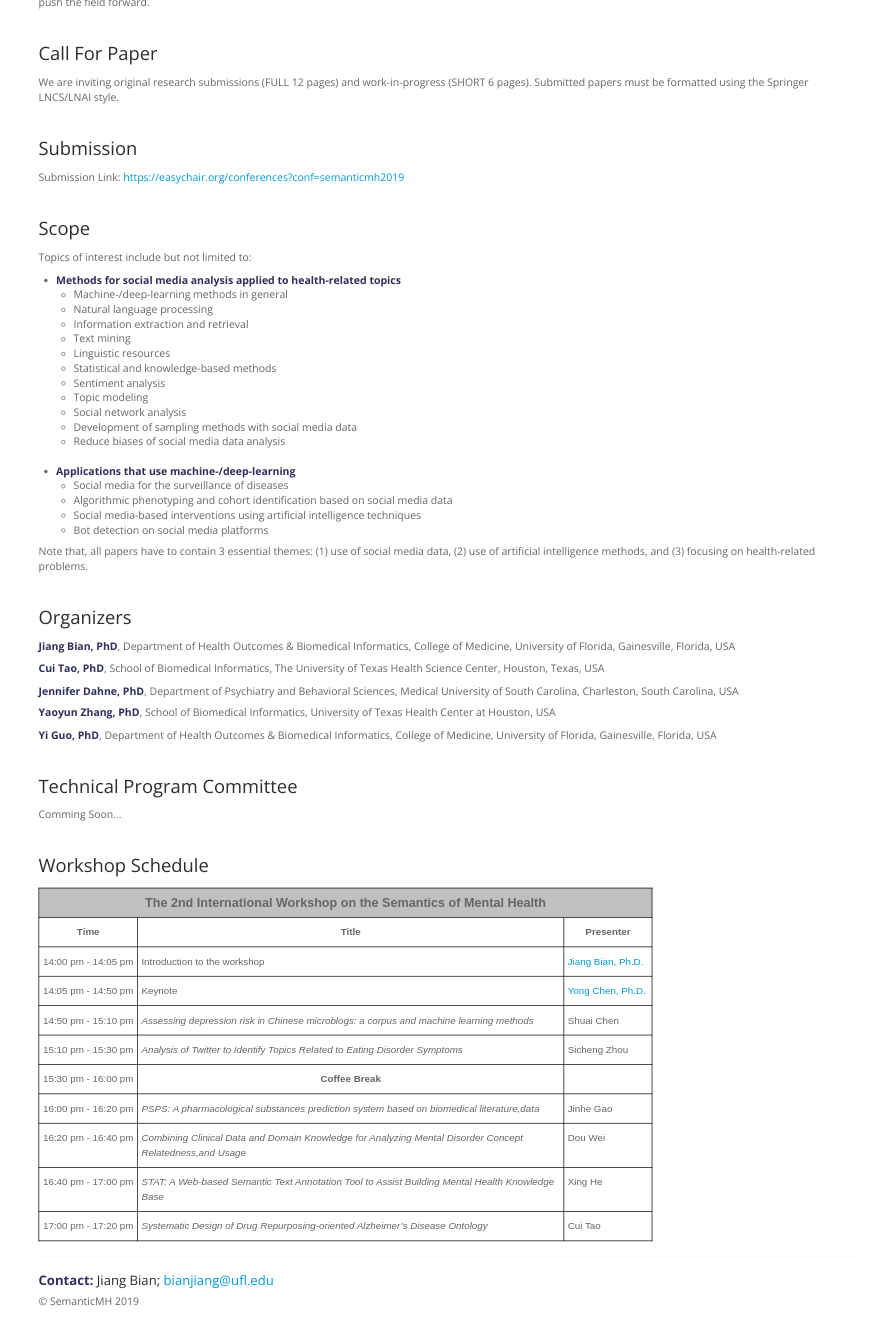
Repository: bianjiang/semantics-powered.org
Page: ISSWHR-2020/index.html
An editor plug-in stored every save of this project. The page is shown before and after the next save, followed by the edit.
The browser window is 1280 px wide. The pictures show the part of the page from y = 713 to 2633 px (the page is 2633 px tall before and 2045 px after), at 70% of full size.
Some web libraries are served in a nearby version.

Above is the page before, as saved 2019-10-26 17:03:04.
Console error (its wording comes from the project's code and is left out).

### ISSWHR-2020/index.html
<!DOCTYPE html>
<!--[if lt IE 7]>      <html class="no-js lt-ie9 lt-ie8 lt-ie7"> <![endif]-->
<!--[if IE 7]>         <html class="no-js lt-ie9 lt-ie8"> <![endif]-->
<!--[if IE 8]>         <html class="no-js lt-ie9"> <![endif]-->
<!--[if gt IE 8]><!-->
<html class="no-js">
<!--<![endif]-->

<head>
  <meta charset="utf-8">
  <meta http-equiv="X-UA-Compatible" content="IE=edge,chrome=1">
  <title></title>
  <meta name="description" content="">
  <meta name="viewport" content="width=device-width">

  <link rel="stylesheet" href="css/bootstrap.min.css">
  <style>
    body {
      padding-top: 60px;
      padding-bottom: 40px;
    }
  </style>
  <link rel="stylesheet" href="css/bootstrap-responsive.min.css">
  <link rel="stylesheet" href="css/main.css">

  <script src="js/vendor/modernizr-2.6.2-respond-1.1.0.min.js"></script>
</head>

<body class="preview" id="top" data-spy="scroll" data-target=".subnav" data-offset="80">
  <!--[if lt IE 7]>
            <p class="chromeframe">You are using an <strong>outdated</strong> browser. Please <a href="http://browsehappy.com/">upgrade your browser</a> or <a href="http://www.google.com/chromeframe/?redirect=true">activate Google Chrome Frame</a> to improve your experience.</p>
        <![endif]-->

  <!-- This code is taken from http://twitter.github.com/bootstrap/examples/hero.html -->

  <div class="navbar navbar-fixed-top">
    <div class="navbar-inner">
      <div class="container">

        <a class="btn btn-navbar" data-toggle="collapse" data-target=".nav-collapse">
                        <span class="icon-bar"></span>
                        <span class="icon-bar"></span>
                        <span class="icon-bar"></span>
                    </a>
        <a class="brand" href="#">&nbsp;</a>
        <div class="nav-collapse collapse">
          <ul class="nav">
            <li class="active"><a href="#">Home</a></li>
            <!--
                            <li><a href="#aboutxx">About</a></li>
                            <li><a href="#contact">Contact</a></li>
                            -->
          </ul>
        </div>

      </div>

    </div>
  </div>

  <div class="container">

    <!-- Main hero unit for a primary marketing message or call to action -->
    <!--
            <div class="hero-unit">
                <h1>Hello, world!</h1>
                <p>This is a template for a simple marketing or informational website. It includes a large callout called the hero unit and three supporting pieces of content. Use it as a starting point to create something more unique.</p>
                <p><a class="btn btn-primary btn-large">Learn more &raquo;</a></p>
            </div>
            -->
    <!-- Masthead
================================================== -->
    <header class="jumbotron subhead" id="overview">
      <div class="row">
        <div class="span12">
          <br/>
          <h2>Intelligent Systems in Social Web and Health Research 2020 (ISSWHR 2020)</h2>
          <p>In conjunction with the <a href="https://jsasaki3.wixsite.com/ieaaie2020" target="_blank">The 33th International Conference on Industrial, Engineering & Other Applications of Applied Intelligent Systems</a> (IEA/AIE 2020)</p>
          <p>To be held in Kitakyushu, Japan</p>
          <p>July 21-24, 2020</p>
        </div>
        <div class="span6">
          <!--
      <div class="bsa well">
          <div id="bsap_1277971" class="bsarocks bsap_c466df00a3cd5ee8568b5c4983b6bb19"></div>
      </div>
    -->
        </div>
      </div>
      <div class="subnav">
        <ul class="nav nav-pills">
          <li><a href="#history">History</a></li>
          <li><a href="#overview">Overview</a></li>
          <!-- <li><a href="#audience">Audience</a></li> -->
          <li><a href="#callforpaper">Call For Paper</a></li>
          <li><a href="#submissions">Submission</a></li>
          <!-- <li><a href="#rational">Rational</a></li>
          <li><a href="#workshopstructure">Workshop Structure</a></li> -->
          <!-- <li><a href="#publicity">Publicity</a></li> -->
          <li><a href="#scope">Scope</a></li>
          <li><a href="#organizers">Organizers</a></li>
          <li><a href="#techprogcom">Technical Program Committee</a></li>
        </ul>
      </div>
    </header>

    <!-- <section id="History">
      <div class="row">
        <div class="span12">
          <h3>History</h3>
          <p>The 1st International Workshop on the Semantics of Mental Health (SemanticMH 2018) was successfully organized and hosted in conjunction with the sixth IEEE International Conference on Healthcare Informatics (ICHI 2018) on June 7th, 2018 in New York City, NY, USA.  Overall, we received 7 high quality submissions and we accepted 6 of them.  The accepted papers were published in the IEEE ICHI 2018 workshop proceedings; and we invited the authors of these 6 accepted papers to submit an extended journal version to a special issue (“Special Issue: Semantics of Mental Health”) in the Health Informatics Journal (IF 3.021).
           All authors presented their work in ICHI 2018; and we have invited two keynote speakers (i.e., Drs. Jessie Tenenbaum and Piper Ranallo) from the Mental Health Informatics Working Group (WG) of the American Medical Informatics Association (AMIA) to present a report from the WG titled, “Mental Health Informatics and Knowledge Representation.”  Overall, SemanticsMH 2018 was highly successful and facilitated the exchange of scholar ideas from a group of interdisciplinary researches.
        </p>
        </div>
      </div>
    </section> -->

    <section id="overview">
      <div class="row">
        <div class="span12">
          <h3>Overview</h3>
          <p>Many health behaviors and decisions, despite being an individual choice, are often influenced by social and cultural context.  As people's activities and communication on the Web increase, information about their social activities and interactions become more available.  User-generated contents on the social web including Twitter, Facebook, Instagram, web sites, and blogs, as well as the future semantic web, afford us enormous opportunity for health-related research.  Today’s researchers are mining these big datasets for patterns and trends that can lead to new hypotheses, new discoveries, and new interventions.  How can you tap into the wealth of social web data to understand the intersections of individual behaviors, social-environmental factors, and social interactions to answer scientific questions?  How can you leverage the new communication landscape (Internet penetration, online communities, social media, and wikis) to design health interventions and improve measurement of outcomes (e.g., clinical trial recruitment, risk perception, decision making, and attitudes)?

            Nevertheless, there are also numerous challenges in using social web data for health-related research.  For example, social web users are different from the general population.  Twitter users are younger than the general population.  Thus, the representativeness of social media populations should be carefully considered when interpreting study findings.  The presence of bots and fake accounts may also distort the representativeness of our findings.  Further, the way how social media data are collected may lead to variations in the sampling units in social media studies, which may lead to data selection bias.  An adequate understanding of the inherent limitations in social media data is always important.

            Many social media and health related studies leverage state-of-the-art machine-/deep-learning methods and tools.  For example, sentiment analysis and topic modeling approaches are widely used in social media studies to tease out public’s perception and attitudes towards specific health topics.  Nerveless, novel intelligent systems are needed to push the field forward.
            </p>
        </div>
      </div>
    </section>

    <!-- <section id="audience">
      <div class="row">
        <div class="span12">
          <h3>Audience</h3>
          <p>The goal of this workshop is to bring experts in the field of natural language processing, knowledge representation, knowledge management, and health data analytics to discuss innovative analytical methods, applications, and tools to address problems in mental health.
        </p>
        </div>
      </div>
    </section> -->

    <section id="callforpaper">
      <div class="row">
        <div class="span12">
          <h3>Call For Paper</h3>
          <p>We are inviting original research submissions (FULL 12 pages) and work-in-progress (SHORT 6 pages).  Submitted papers must be formatted using the Springer LNCS/LNAI style.</p>
        </div>
      </div>
    </section>

    <section id="submissions">
      <div class="row">
        <div class="span12">
          <h3>Submission</h3>
          <p>Submission Link: <a href="https://easychair.org/conferences?conf=semanticmh2019" target="_blank">https://easychair.org/conferences?conf=semanticmh2019</a></p>
        </div>
      </div>
    </section>
    <!-- <section id="rational">
      <div class="row">
        <div class="span12">
          <h3>Rational</h3>
          <p>Our proposed workshop aims to provide an international platform for the researchers and scientists in the mental health communities to demonstrate research progresses, share ideas, address questions, and promote collaborations for better representation and analysis of mental health-related terminologies and clinical and research data.
        </p>
        </div>
      </div>
    </section> -->

    <!-- <section id="workshopstructure">
      <div class="row">
        <div class="span12">
          <h3>Workshop Structure</h3>
          <p>We propose a half-day SemanticMH workshop for this year. We will arrange 3 hours for paper presentations and 1 hour for extensive discussions. Different sessions will be arranged based on the topics of presentations. Depending on the number of papers accepted for presentation, each paper presentation will be restricted to 10-25 minutes for a full-length paper, and 5-15 minutes for a short-length paper. All the papers will be submitted and handled through EasyChair and go through peer reviews by at least two reviewers. After the full papers are accepted, we will work with the Health Informatics editors and reviewers to decide which papers will be formally invited for extension to be included in a thematic series in the Health Informatics journal.
        </p>
        </div>
      </div>
    </section>


    <section id="publicity">
      <div class="row">
        <div class="span12">
          <h3>Publicity</h3>
          <p>Various methods will be used for advertisement, including: (i) posting in email mailing lists and through private emails; (ii) creating a workshop discussion email list address and using it for sharing news and posting, (iii) posting in influential websites, (iv) phone calls to colleagues and friends who may be interested, (v) generating a workshop website dedicated to this event, and inviting potential attendees to visit, and (vi) generating a social networking website in LinkedIn to attract public attention, participation, and discussion. The main difference between the workshop website and the LinkedIn website will be that the workshop website is dedicated for posting the workshop information, and the LinkedIn website is used for social networking.
        </p>
        </div>
      </div>
    </section> -->

    <section id="scope">

      <div class="row">
        <div class="span12">
          <h3>Scope</h3>
          <p>Topics of interest include but not limited to:</p>
          <ul>
            <li>
              <b>Methods for social media analysis applied to health-related topics</b>
              <ul>
                <li>Machine-/deep-learning methods in general</li>
                <li>Natural language processing</li>
                <li>Information extraction and retrieval</li>
                <li>Text mining</li>
                <li>Linguistic resources</li>
                <li>Statistical and knowledge-based methods</li>
                <li>Sentiment analysis</li>
                <li>Topic modeling</li>
                <li>Social network analysis</li>
                <li>Development of sampling methods with social media data</li>
                <li>Reduce biases of social media data analysis</li>
              </ul>
            </li>
            <br>
            <li>
              <b>Applications that use machine-/deep-learning</b>
              <ul>
                <li>Social media for the surveillance of diseases</li>
                <li>Algorithmic phenotyping and cohort identification based on social media data</li>
                <li>Social media-based interventions using artificial intelligence techniques</li>
                <li>Bot detection on social media platforms</li>
              </ul>
            </li>
          </ul>
          <p>Note that, all papers have to contain 3 essential themes: (1) use of social media data, (2) use of artificial intelligence methods, and (3) focusing on health-related problems.</p>
        </div>
      </div>
    </section>

    <section id="organizers">
      <div class="row">
        <div class="span12">
          <h3>Organizers</h3>
          <p><b>Jiang Bian, PhD</b>, Department of Health Outcomes & Biomedical Informatics, College of Medicine, University of Florida, Gainesville, Florida, USA</p>
          <p><b>Cui Tao, PhD</b>, School of Biomedical Informatics, The University of Texas Health Science Center, Houston, Texas, USA</p>
          <p><b>Jennifer Dahne, PhD</b>, Department of Psychiatry and Behavioral Sciences, Medical University of South Carolina, Charleston, South Carolina, USA</p>
          <p><b>Yaoyun Zhang, PhD</b>, School of Biomedical Informatics, University of Texas Health Center at Houston, USA</p></p>
          <p><b>Yi Guo, PhD</b>, Department of Health Outcomes & Biomedical Informatics, College of Medicine, University of Florida, Gainesville, Florida, USA</p></p>
        </div>
      </div>
    </section>

    <section id="techprogcom">
      <div class="row">
        <div class="span12">
          <h3>Technical Program Committee</h3>
          <p>Comming Soon...</p>
        </div>
      </div>
    </section>

    <section id="schedule">
      <div class="row">
        <div class="span12">
          <h3>Workshop Schedule</h3>
          <div>
            <style type="text/css">
              .tg  {border-collapse:collapse;border-spacing:0;}
              .tg td{font-family:Arial, sans-serif;font-size:14px;padding:10px 5px;border-style:solid;border-width:1px;overflow:hidden;word-break:normal;border-color:black;}
              .tg th{font-family:Arial, sans-serif;font-size:14px;font-weight:normal;padding:10px 5px;border-style:solid;border-width:1px;overflow:hidden;word-break:normal;border-color:black;}
              .tg .tg-s6z2{text-align:center}
              .tg .tg-baqh{text-align:center;vertical-align:top}
              .tg .tg-j8xs{font-weight:bold;font-size:18px;background-color:#c0c0c0;text-align:center;vertical-align:top}
              .tg .tg-hgcj{font-weight:bold;text-align:center}
              .tg .tg-amwm{font-weight:bold;text-align:center;vertical-align:top}
              .tg .tg-s268{text-align:left}
              .tg .tg-0lax{text-align:left;vertical-align:top}
              .tg .tg-8zwo{font-style:italic;text-align:left;vertical-align:top}
              </style>
              <table class="tg" style="undefined;table-layout:fixed;width:876px;">
              <colgroup>
              <col style="width: 141px">
              <col style="width: 609px">
              <col style="width: 126px">
              </colgroup>
                <tr>
                  <th class="tg-j8xs" colspan="3">The 2nd International Workshop on the Semantics of Mental Health</th>
                </tr>
                <tr>
                  <td class="tg-hgcj">Time</td>
                  <td class="tg-hgcj">Title</td>
                  <td class="tg-amwm">Presenter</td>
                </tr>
                <tr>
                  <td class="tg-s6z2">14:00 pm - 14:05 pm</td>
                  <td class="tg-s268">Introduction to the workshop</td>
                  <td class="tg-0lax"><a target="_blank" href="https://hobi.med.ufl.edu/about/faculty-directory-2/bian-jiang/">Jiang Bian, Ph.D.</a></td>
                </tr>
                <tr>
                  <td class="tg-s6z2">14:05 pm - 14:50 pm</td>
                  <td class="tg-s268">Keynote</td>
                  <td class="tg-0lax"><a target="_blank" href="https://dbe.med.upenn.edu/biostat-research/YongChen">Yong Chen, Ph.D.</a></td>
                </tr>
                <tr>
                  <td class="tg-baqh">14:50 pm - 15:10 pm</td>
                  <td class="tg-8zwo">Assessing depression risk in Chinese microblogs: a corpus and machine learning methods</td>
                  <td class="tg-0lax">Shuai Chen</td>
                </tr>
                <tr>
                  <td class="tg-baqh">15:10 pm - 15:30 pm</td>
                  <td class="tg-8zwo">Analysis of Twitter to Identify Topics Related to Eating Disorder Symptoms</td>
                  <td class="tg-0lax">Sicheng Zhou</td>
                </tr>
                <tr>
                  <td class="tg-baqh">15:30 pm - 16:00 pm</td>
                  <td class="tg-amwm">Coffee Break</td>
                  <td class="tg-0lax"></td>
                </tr>
                <tr>
                  <td class="tg-baqh">16:00 pm - 16:20 pm</td>
                  <td class="tg-8zwo">PSPS: A pharmacological substances prediction system based on biomedical literature,data</td>
                  <td class="tg-0lax">Jinhe Gao</td>
                </tr>
                <tr>
                  <td class="tg-baqh">16:20 pm - 16:40 pm</td>
                  <td class="tg-8zwo">Combining Clinical Data and Domain Knowledge for Analyzing Mental Disorder Concept Relatedness,and Usage</td>
                  <td class="tg-0lax">Dou Wei</td>
                </tr>
                <tr>
                  <td class="tg-baqh">16:40 pm - 17:00 pm</td>
                  <td class="tg-8zwo">STAT: A Web-based Semantic Text Annotation Tool to Assist Building Mental Health Knowledge Base</td>
                  <td class="tg-0lax">Xing He</td>
                </tr>
                <tr>
                  <td class="tg-baqh">17:00 pm - 17:20 pm</td>
                  <td class="tg-8zwo">Systematic Design of Drug Repurposing-oriented Alzheimer’s Disease Ontology</td>
                  <td class="tg-0lax">Cui Tao</td>
                </tr>
              </table>
          </div>
        </div>
      </div>
    </section>
    <hr>
    <h4><b>Contact:</b> Jiang Bian; <a href="mailto:bianjiang@ufl.edu">bianjiang@ufl.edu</a></h4>
    <footer>
      <p>&copy; SemanticMH 2019</p>
    </footer>

  </div>
  <!-- /container -->

  <script src="//ajax.googleapis.com/ajax/libs/jquery/1.9.1/jquery.min.js"></script>
  <script>
    window.jQuery || document.write('<script src="js/vendor/jquery-1.9.1.min.js"><\/script>')
  </script>

  <script src="js/vendor/bootstrap.min.js"></script>

  <script src="js/plugins.js"></script>
  <script src="js/main.js"></script>
  <script>
      (function (i, s, o, g, r, a, m) {
i['GoogleAnalyticsObject'] = r; i[r] = i[r] || function () {
        (i[r].q = i[r].q || []).push(arguments)
      }, i[r].l = 1 * new Date(); a = s.createElement(o),
        m = s.getElementsByTagName(o)[0]; a.async = 1; a.src = g; m.parentNode.insertBefore(a, m)
      })(window, document, 'script', 'https://www.google-analytics.com/analytics.js', 'ga');

    ga('create', 'UA-50982144-4', 'auto');
    ga('send', 'pageview');
  </script>
</body>

</html>

Loaded but not shown: ISSWHR-2020/css/bootstrap.min.css (library); ISSWHR-2020/css/bootstrap-responsive.min.css (library); ISSWHR-2020/js/vendor/modernizr-2.6.2-respond-1.1.0.min.js (library); ISSWHR-2020/js/vendor/bootstrap.min.js (library); ISSWHR-2020/js/main.js (95 lines, source omitted); ISSWHR-2020/js/plugins.js (24 lines, source omitted); ISSWHR-2020/css/main.css (463 lines, source omitted)

After the next save:
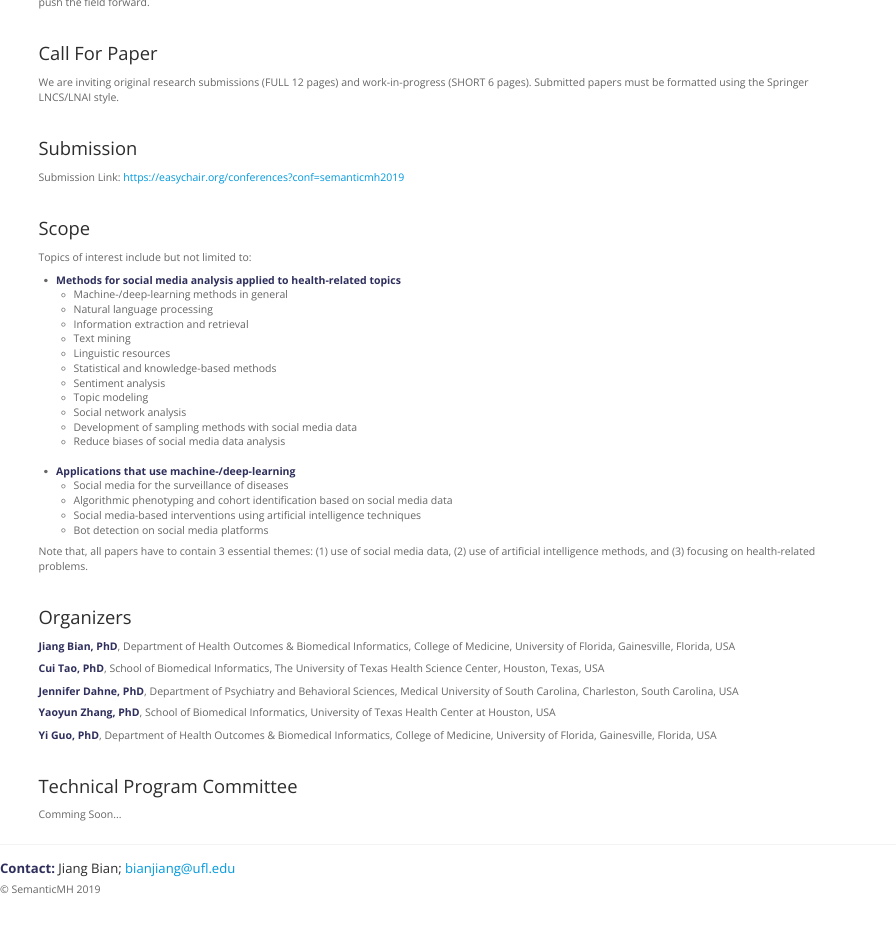
Saved 28 s later.
--- a/ISSWHR-2020/index.html
+++ b/ISSWHR-2020/index.html
@@ -248,84 +248,7 @@
       </div>
     </section>
 
-    <section id="schedule">
-      <div class="row">
-        <div class="span12">
-          <h3>Workshop Schedule</h3>
-          <div>
-            <style type="text/css">
-              .tg  {border-collapse:collapse;border-spacing:0;}
-              .tg td{font-family:Arial, sans-serif;font-size:14px;padding:10px 5px;border-style:solid;border-width:1px;overflow:hidden;word-break:normal;border-color:black;}
-              .tg th{font-family:Arial, sans-serif;font-size:14px;font-weight:normal;padding:10px 5px;border-style:solid;border-width:1px;overflow:hidden;word-break:normal;border-color:black;}
-              .tg .tg-s6z2{text-align:center}
-              .tg .tg-baqh{text-align:center;vertical-align:top}
-              .tg .tg-j8xs{font-weight:bold;font-size:18px;background-color:#c0c0c0;text-align:center;vertical-align:top}
-              .tg .tg-hgcj{font-weight:bold;text-align:center}
-              .tg .tg-amwm{font-weight:bold;text-align:center;vertical-align:top}
-              .tg .tg-s268{text-align:left}
-              .tg .tg-0lax{text-align:left;vertical-align:top}
-              .tg .tg-8zwo{font-style:italic;text-align:left;vertical-align:top}
-              </style>
-              <table class="tg" style="undefined;table-layout:fixed;width:876px;">
-              <colgroup>
-              <col style="width: 141px">
-              <col style="width: 609px">
-              <col style="width: 126px">
-              </colgroup>
-                <tr>
-                  <th class="tg-j8xs" colspan="3">The 2nd International Workshop on the Semantics of Mental Health</th>
-                </tr>
-                <tr>
-                  <td class="tg-hgcj">Time</td>
-                  <td class="tg-hgcj">Title</td>
-                  <td class="tg-amwm">Presenter</td>
-                </tr>
-                <tr>
-                  <td class="tg-s6z2">14:00 pm - 14:05 pm</td>
-                  <td class="tg-s268">Introduction to the workshop</td>
-                  <td class="tg-0lax"><a target="_blank" href="https://hobi.med.ufl.edu/about/faculty-directory-2/bian-jiang/">Jiang Bian, Ph.D.</a></td>
-                </tr>
-                <tr>
-                  <td class="tg-s6z2">14:05 pm - 14:50 pm</td>
-                  <td class="tg-s268">Keynote</td>
-                  <td class="tg-0lax"><a target="_blank" href="https://dbe.med.upenn.edu/biostat-research/YongChen">Yong Chen, Ph.D.</a></td>
-                </tr>
-                <tr>
-                  <td class="tg-baqh">14:50 pm - 15:10 pm</td>
-                  <td class="tg-8zwo">Assessing depression risk in Chinese microblogs: a corpus and machine learning methods</td>
-                  <td class="tg-0lax">Shuai Chen</td>
-                </tr>
-                <tr>
-                  <td class="tg-baqh">15:10 pm - 15:30 pm</td>
-                  <td class="tg-8zwo">Analysis of Twitter to Identify Topics Related to Eating Disorder Symptoms</td>
-                  <td class="tg-0lax">Sicheng Zhou</td>
-                </tr>
-                <tr>
-                  <td class="tg-baqh">15:30 pm - 16:00 pm</td>
-                  <td class="tg-amwm">Coffee Break</td>
-                  <td class="tg-0lax"></td>
-                </tr>
-                <tr>
-                  <td class="tg-baqh">16:00 pm - 16:20 pm</td>
-                  <td class="tg-8zwo">PSPS: A pharmacological substances prediction system based on biomedical literature,data</td>
-                  <td class="tg-0lax">Jinhe Gao</td>
-                </tr>
-                <tr>
-                  <td class="tg-baqh">16:20 pm - 16:40 pm</td>
-                  <td class="tg-8zwo">Combining Clinical Data and Domain Knowledge for Analyzing Mental Disorder Concept Relatedness,and Usage</td>
-                  <td class="tg-0lax">Dou Wei</td>
-                </tr>
-                <tr>
-                  <td class="tg-baqh">16:40 pm - 17:00 pm</td>
-                  <td class="tg-8zwo">STAT: A Web-based Semantic Text Annotation Tool to Assist Building Mental Health Knowledge Base</td>
-                  <td class="tg-0lax">Xing He</td>
-                </tr>
-                <tr>
-                  <td class="tg-baqh">17:00 pm - 17:20 pm</td>
-                  <td class="tg-8zwo">Systematic Design of Drug Repurposing-oriented Alzheimer’s Disease Ontology</td>
-                  <td class="tg-0lax">Cui Tao</td>
-                </tr>
-              </table>
+
           </div>
         </div>
       </div>
